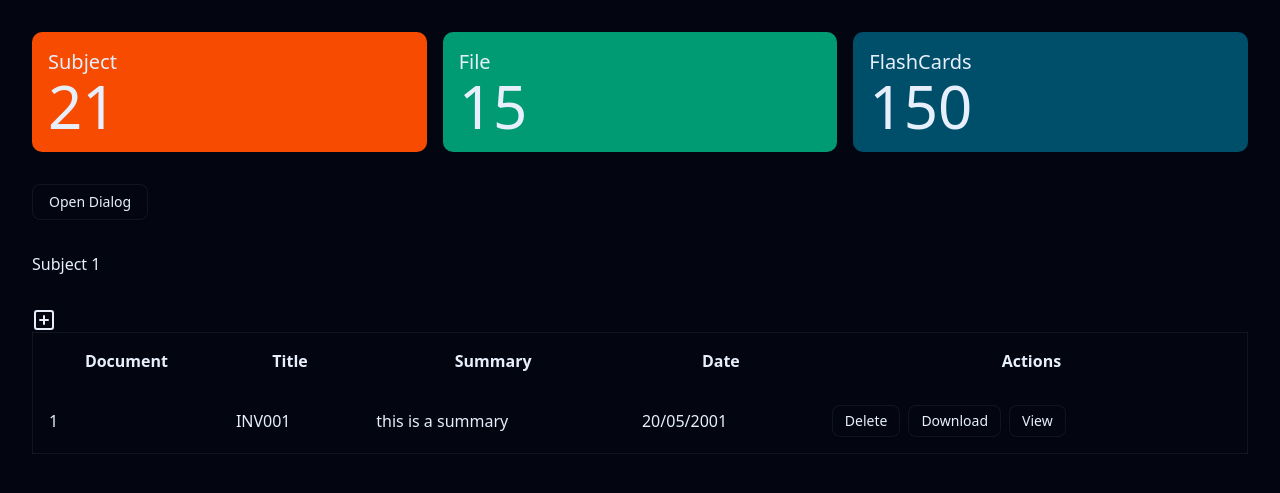
Repository: SywarDer/Student-Assistance
Page: /dashboard (app in student-assistant/)
An editor plug-in stored every save of this project. The page is shown before and after the next save, followed by the edit.
The browser window is 1280 px wide. The pictures show the whole page.
The project was rebuilt for these pictures with package versions that can differ from the ones it lists, and the page was loaded fresh each time. The framework's server and built-in components were replaced by stand-ins that run in the browser. Also part of the build but not shown: student-assistant/next.config.ts, student-assistant/components/ui/input.tsx.

Above is the page before, as saved 2025-10-30 20:52:33.

### student-assistant/app/layout.tsx
import type { Metadata } from "next";
import { Geist, Geist_Mono } from "next/font/google";
import "./globals.css";
import { SidebarProvider, SidebarTrigger } from "@/components/ui/sidebar";


const geistSans = Geist({
  variable: "--font-geist-sans",
  subsets: ["latin"],
});

const geistMono = Geist_Mono({
  variable: "--font-geist-mono",
  subsets: ["latin"],
});

export const metadata: Metadata = {
  title: "Create Next App",
  description: "Generated by create next app",
};

export default function RootLayout({
children,
}: Readonly<{
  children: React.ReactNode;
}>) {
  return (
    <html lang="en">
      <body
        className={`${geistSans.variable} ${geistMono.variable} antialiased`}
      >


        {children}

      </body>
    </html>
  );
}

### student-assistant/app/dashboard/page.tsx
import { Button } from "@/components/ui/button";
import { Input } from "@/components/ui/input";
import { TableCaption, TableHeader, TableRow, TableHead, TableBody, TableCell, TableFooter } from "@/components/ui/table";
import { Dialog, DialogTrigger, DialogContent, DialogTitle, DialogDescription, DialogClose } from "@radix-ui/react-dialog";
import { Popover, PopoverTrigger, PopoverContent } from "@radix-ui/react-popover";
import { PlusSquare, Table } from "lucide-react";
import { Label } from "recharts";

export default function Dashboard() {
    const documents = [
        {
            id: "1",
            title: "INV001",
            date: "20/05/2001",
            summary: "this is a summary",
            actions: <div className="flex">
                <Button variant="outline" size="sm" className="mr-2">Delete</Button>
                <Button variant="outline" size="sm" className="mr-2">Download</Button>
                <Button variant="outline" size="sm">View</Button>
            </div>,
        }
    ]
    return (

        <div className="m-8 space-y-8">
            {/*Dashboard Cards*/}
            <div className="flex space-x-4 justify-between w-full">
                <div className="rounded-lg p-4 w-1/3" style={{
                    backgroundColor: "var(--chart-1)",
                    color: "var(--card-foreground)",
                }}>
                    <h1 className="text-xl">Subject</h1>
                    <h1 className="text-6xl">21</h1>
                </div>
                <div className="rounded-lg p-4 w-1/3" style={{
                    backgroundColor: "var(--chart-2)",
                    color: "var(--card-foreground)",
                }}>
                    <h1 className="text-xl">File</h1>
                    <h1 className="text-6xl">15</h1>
                </div>
                <div className="rounded-lg p-4 w-1/3" style={{
                    backgroundColor: "var(--chart-3)",
                    color: "var(--card-foreground)",
                }}>
                    <h1 className="text-xl">FlashCards</h1>
                    <h1 className="text-6xl">150</h1>
                </div>
            </div>

            {/* Button new subject */}
            <Popover>
                <PopoverTrigger asChild>

                    <Dialog>
                        <form>
                            <DialogTrigger asChild>
                                <Button variant="outline">Open Dialog</Button>
                            </DialogTrigger>
                            <DialogContent className="sm:max-w-[425px]">
                                <div>
                                    <DialogTitle>Edit profile</DialogTitle>
                                    <DialogDescription>
                                        Make changes to your profile here. Click save when you&apos;re
                                        done.
                                    </DialogDescription>
                                </div>

                                    <div className="grid gap-3">

                                        <Input id="name-1" name="name" defaultValue="Pedro Duarte" />
                                    </div>


                                <div>
                                    <DialogClose asChild>
                                        <Button variant="outline">Cancel</Button>
                                    </DialogClose>
                                    <Button type="submit">Save changes</Button>
                                </div>
                            </DialogContent>
                        </form>
                    </Dialog>
                </PopoverTrigger>
                <PopoverContent className="w-80">
                    <div className="grid gap-4">
                        <div className="space-y-2">
                            <h4 className="leading-none font-medium">Subject</h4>
                            <p className="text-muted-foreground text-sm">
                                Set the details for the subject.
                            </p>
                        </div>
                        <div className="grid gap-2 ">
                            <div className="grid grid-cols-3 items-center gap-4">
                                <h1>Title</h1>
                                <Input
                                    id="width"
                                    defaultValue="100%"
                                    className="col-span-2 h-8"
                                />
                            </div>
                            <div className="grid grid-cols-3 items-center gap-4">
                                <h1>Summary</h1>
                                <Input
                                    id="maxWidth"
                                    defaultValue="300px"
                                    className="col-span-2 h-8"
                                />
                            </div>
                            <Button className="mt-4">Create Subject</Button>
                        </div>
                    </div>
                </PopoverContent>
            </Popover>

            {/** List of subjects */}

            <h1 className="text-md">Subject 1</h1>
            <table className="min-w-full border">
                <caption className="text-left text-xl cursor-pointer"><PlusSquare /></caption>
                <thead className="gap-4">
                    <tr>
                        <th className="p-4">Document</th>
                        <th className="p-4">Title</th>
                        <th className="p-4">Summary</th>
                        <th className="p-4">Date</th>
                        <th className="p-4">Actions</th>
                    </tr>
                </thead>
                <tbody>
                    {documents.map((doc) => (
                        <tr key={doc.id}>
                            <td className="p-4">{doc.id}</td>
                            <td className="p-4">{doc.title}</td>
                            <td className="p-4">{doc.summary}</td>
                            <td className="p-4">{doc.date}</td>
                            <td className="p-4">{doc.actions}</td>
                        </tr>
                    ))}
                </tbody>
            </table>

        </div>

    )
}

### student-assistant/app/globals.css
@import "tailwindcss";
@import "tw-animate-css";

@custom-variant dark (&:is(.dark *));

@theme inline {
  --color-background: var(--background);
  --color-foreground: var(--foreground);
  --font-sans: var(--font-geist-sans);
  --font-mono: var(--font-geist-mono);
  --color-sidebar-ring: var(--sidebar-ring);
  --color-sidebar-border: var(--sidebar-border);
  --color-sidebar-accent-foreground: var(--sidebar-accent-foreground);
  --color-sidebar-accent: var(--sidebar-accent);
  --color-sidebar-primary-foreground: var(--sidebar-primary-foreground);
  --color-sidebar-primary: var(--sidebar-primary);
  --color-sidebar-foreground: var(--sidebar-foreground);
  --color-sidebar: var(--sidebar);
  --color-chart-5: var(--chart-5);
  --color-chart-4: var(--chart-4);
  --color-chart-3: var(--chart-3);
  --color-chart-2: var(--chart-2);
  --color-chart-1: var(--chart-1);
  --color-ring: var(--ring);
  --color-input: var(--input);
  --color-border: var(--border);
  --color-destructive: var(--destructive);
  --color-accent-foreground: var(--accent-foreground);
  --color-accent: var(--accent);
  --color-muted-foreground: var(--muted-foreground);
  --color-muted: var(--muted);
  --color-secondary-foreground: var(--secondary-foreground);
  --color-secondary: var(--secondary);
  --color-primary-foreground: var(--primary-foreground);
  --color-primary: var(--primary);
  --color-popover-foreground: var(--popover-foreground);
  --color-popover: var(--popover);
  --color-card-foreground: var(--card-foreground);
  --color-card: var(--card);
  --radius-sm: calc(var(--radius) - 4px);
  --radius-md: calc(var(--radius) - 2px);
  --radius-lg: var(--radius);
  --radius-xl: calc(var(--radius) + 4px);
}

:root {
  --radius: 0.625rem;

  /* Base dark background & text */
  --background: oklch(0.12 0.03 270);        /* Dark gray-blue */
  --foreground: oklch(0.95 0.02 260);        /* Soft white */

  /* Cards & popovers */
  --card: oklch(0.18 0.04 270);              /* Slightly lighter than background */
  --card-foreground: var(--foreground);
  --popover: oklch(0.18 0.04 270);
  --popover-foreground: var(--foreground);

  /* Primary & secondary */
  --primary: oklch(0.6 0.12 260);            /* Deep blue */
  --primary-foreground: var(--foreground);
  --secondary: oklch(0.45 0.08 280);         /* Soft purple */
  --secondary-foreground: var(--foreground);

  /* Muted & accents */
  --muted: oklch(0.2 0.03 270);
  --muted-foreground: oklch(0.7 0.02 260);
  --accent: oklch(0.65 0.15 350);            /* Magenta/pinkish accent */
  --accent-foreground: var(--foreground);

  /* Destructive actions */
  --destructive: oklch(0.6 0.25 30);         /* Dark red */
  --border: oklch(0.3 0.02 270 / 40%);
  --input: oklch(0.15 0.03 270);             /* Slightly darker than card */
  --ring: oklch(0.5 0.03 270);

  /* Charts */
  --chart-1: oklch(0.65 0.22 40);
  --chart-2: oklch(0.6 0.15 170);
  --chart-3: oklch(0.4 0.08 230);
  --chart-4: oklch(0.6 0.18 300);
  --chart-5: oklch(0.55 0.2 50);

  /* Sidebar */
  --sidebar: oklch(0.18 0.04 270);
  --sidebar-foreground: var(--foreground);
  --sidebar-primary: var(--primary);
  --sidebar-primary-foreground: var(--foreground);
  --sidebar-accent: var(--accent);
  --sidebar-accent-foreground: var(--foreground);
  --sidebar-border: oklch(0.3 0.02 270 / 40%);
  --sidebar-ring: oklch(0.5 0.03 270);
}

/* Optional light mode toggle */
.light {
  --background: oklch(0.98 0.02 260);       /* Light gray */
  --foreground: oklch(0.12 0.03 270);       /* Dark text */

  --card: oklch(0.99 0.03 260);
  --card-foreground: var(--foreground);
  --popover: oklch(0.99 0.03 260);
  --popover-foreground: var(--foreground);

  --primary: oklch(0.2 0.05 260);
  --primary-foreground: var(--foreground);
  --secondary: oklch(0.5 0.1 280);
  --secondary-foreground: var(--foreground);

  --muted: oklch(0.85 0.03 270);
  --muted-foreground: oklch(0.35 0.02 260);
  --accent: oklch(0.8 0.2 350);
  --accent-foreground: var(--foreground);

  --destructive: oklch(0.9 0.25 30);
  --border: oklch(0.8 0.02 270 / 30%);
  --input: oklch(0.95 0.03 260);
  --ring: oklch(0.7 0.03 270);

  --chart-1: oklch(0.65 0.22 40);
  --chart-2: oklch(0.6 0.15 170);
  --chart-3: oklch(0.4 0.08 230);
  --chart-4: oklch(0.6 0.18 300);
  --chart-5: oklch(0.55 0.2 50);

  --sidebar: oklch(0.95 0.03 260);
  --sidebar-foreground: var(--foreground);
  --sidebar-primary: var(--primary);
  --sidebar-primary-foreground: var(--foreground);
  --sidebar-accent: var(--accent);
  --sidebar-accent-foreground: var(--foreground);
  --sidebar-border: oklch(0.8 0.02 270 / 30%);
  --sidebar-ring: oklch(0.7 0.03 270);
}



@layer base {
  * {
    @apply border-border outline-ring/50;
  }
  body {
    @apply bg-background text-foreground;
  }
}

### student-assistant/components/ui/button.tsx
import * as React from "react"
import { Slot } from "@radix-ui/react-slot"
import { cva, type VariantProps } from "class-variance-authority"

import { cn } from "@/lib/utils"

const buttonVariants = cva(
  "inline-flex items-center justify-center gap-2 whitespace-nowrap rounded-md text-sm font-medium transition-all disabled:pointer-events-none disabled:opacity-50 [&_svg]:pointer-events-none [&_svg:not([class*='size-'])]:size-4 shrink-0 [&_svg]:shrink-0 outline-none focus-visible:border-ring focus-visible:ring-ring/50 focus-visible:ring-[3px] aria-invalid:ring-destructive/20 dark:aria-invalid:ring-destructive/40 aria-invalid:border-destructive",
  {
    variants: {
      variant: {
        default: "bg-primary text-primary-foreground hover:bg-primary/90",
        destructive:
          "bg-destructive text-white hover:bg-destructive/90 focus-visible:ring-destructive/20 dark:focus-visible:ring-destructive/40 dark:bg-destructive/60",
        outline:
          "border bg-background shadow-xs hover:bg-accent hover:text-accent-foreground dark:bg-input/30 dark:border-input dark:hover:bg-input/50",
        secondary:
          "bg-secondary text-secondary-foreground hover:bg-secondary/80",
        ghost:
          "hover:bg-accent hover:text-accent-foreground dark:hover:bg-accent/50",
        link: "text-primary underline-offset-4 hover:underline",
      },
      size: {
        default: "h-9 px-4 py-2 has-[>svg]:px-3",
        sm: "h-8 rounded-md gap-1.5 px-3 has-[>svg]:px-2.5",
        lg: "h-10 rounded-md px-6 has-[>svg]:px-4",
        icon: "size-9",
        "icon-sm": "size-8",
        "icon-lg": "size-10",
      },
    },
    defaultVariants: {
      variant: "default",
      size: "default",
    },
  }
)

function Button({
  className,
  variant,
  size,
  asChild = false,
  ...props
}: React.ComponentProps<"button"> &
  VariantProps<typeof buttonVariants> & {
    asChild?: boolean
  }) {
  const Comp = asChild ? Slot : "button"

  return (
    <Comp
      data-slot="button"
      className={cn(buttonVariants({ variant, size, className }))}
      {...props}
    />
  )
}

export { Button, buttonVariants }

Loaded but not shown: student-assistant/lib/utils.ts (common file)

After the next save:
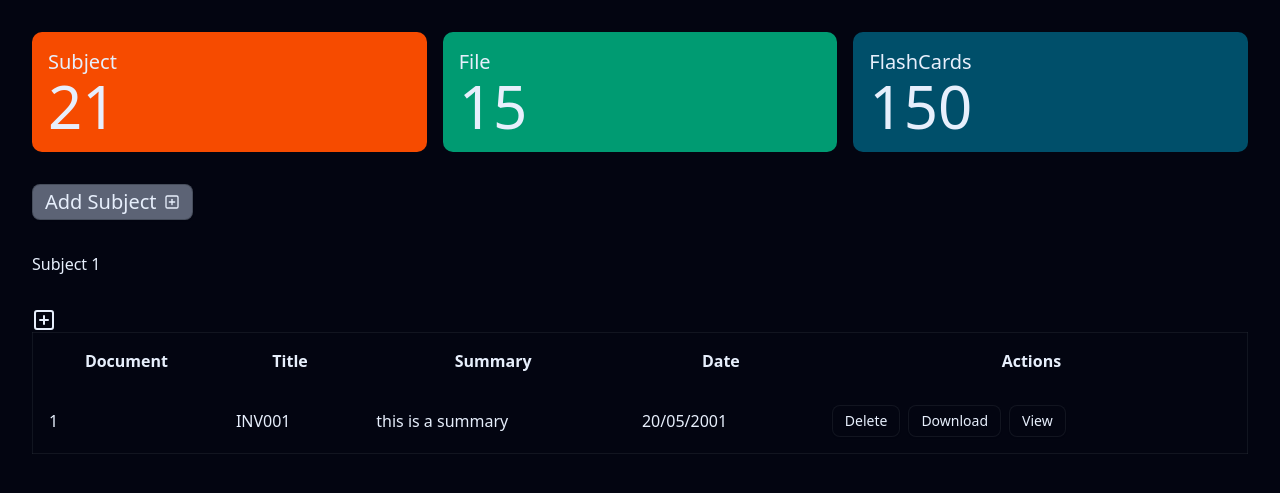
Saved 6 s later.
--- a/student-assistant/app/dashboard/page.tsx
+++ b/student-assistant/app/dashboard/page.tsx
@@ -55,7 +55,7 @@ export default function Dashboard() {
                     <Dialog>
                         <form>
                             <DialogTrigger asChild>
-                                <Button variant="outline">Open Dialog</Button>
+                                <Button variant="outline" className="cursor-pointer text-xl" style={{ backgroundColor: "var(--ring)" }}>Add Subject <PlusSquare /></Button>
                             </DialogTrigger>
                             <DialogContent className="sm:max-w-[425px]">
                                 <div>
